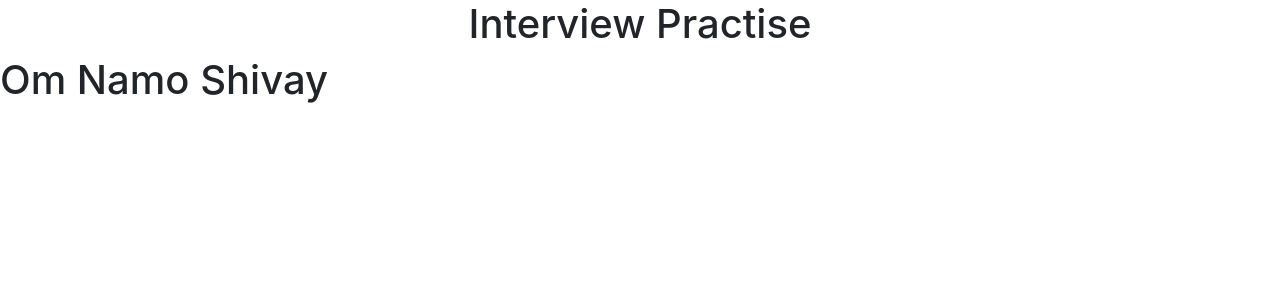
Repository: punitbathija/Machine-Round-React
Page: /
These files come from the project's save history. The page is drawn as it stood at one moment and after the next save; the edit follows.
The browser window is 1280 px wide. The pictures show the whole page.
The project was rebuilt for these pictures with package versions that can differ from the ones it lists, and the page was loaded fresh each time. Also part of the build but not shown: src/components/counter.jsx.

Above is the page before, as saved 2023-06-01 12:29:14.

After the next save:
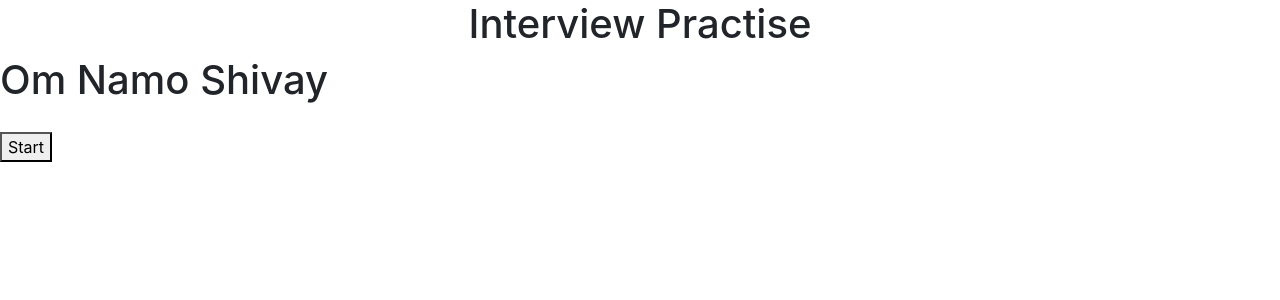
Saved 18 s later.
--- a/src/components/ProgressBar.js
+++ b/src/components/ProgressBar.js
@@ -25,6 +25,7 @@ const ProgressBar = () => {
           transition: "ease",
         }}
       ></div>
+      <button>Start</button>
     </div>
   );
 };
